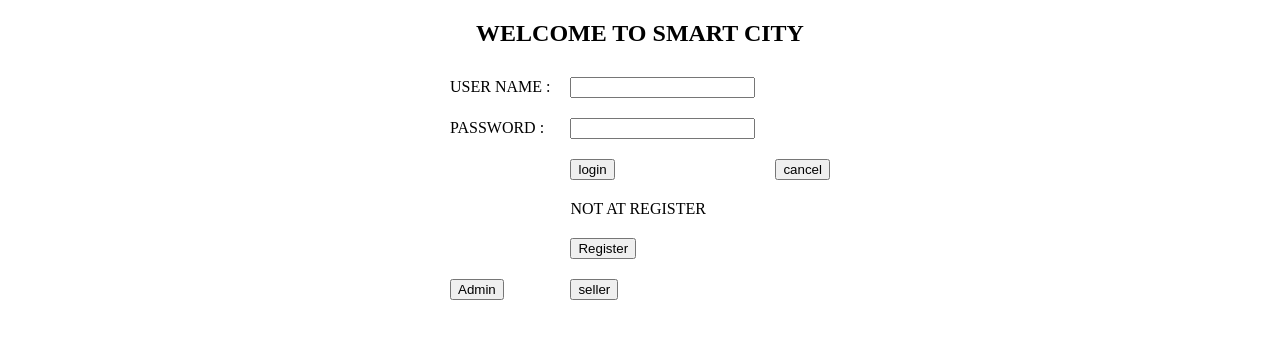
Repository: saik46573/sai
Page: http://localhost/Smart_city/Pilgrim.jsp
These files come from the project's save history. The page is drawn as it stood at one moment and after the next save; the edit follows.
The browser window is 1280 px wide. The pictures show the whole page.
The page is served by Tomcat 9. Other server files are loaded and not shown.

Above is the page before, as saved 2023-08-14 10:24:47.

### eclipse-workspace/Smart_city/src/main/webapp/Pilgrim.jsp
<%@ page language="java" contentType="text/html; charset=ISO-8859-1"
    pageEncoding="ISO-8859-1"%>
<!DOCTYPE html>
<html>
<head>
<meta charset="ISO-8859-1">
<title>Insert title here</title>
</head>
<body>
<h2 align="center">	WELCOME TO SMART CITY </h2>
<form action="loginuser" method="post">
	<table  align="center" cellpadding="10px" cellspacing="10px" style="border-collapse: collapse">
	<tr>
	<td>USER NAME :</td>

	<td> <input type= "text" name="username"></td>
	</tr>
	<tr>
	<td>PASSWORD :</td>
	<td> <input type= "text" name="password" ></td>
	</tr>
	<tr>
	<td></td>
	<td><input type="submit" value="login"></td>
	<td><a href="index.jsp"> <input type= "button" value="cancel"></a></td>
	</tr>
	<tr>
	<td></td>
	<td>  NOT AT REGISTER  </td>
	</tr>
	<tr>
	<td></td>
	<td><a href="Registration.jsp"><input type="button" value="Register"></a></td>
	</tr>
	<tr>
	<td><a href="AdminLogin.jsp"><input type="button" value="Admin"></a></td>
	<td><a href="SellerLogin.jsp"><input type= "button" value="seller"></a></td>
	</tr>
	</table>
</form>
</body>
</html>

After the next save:
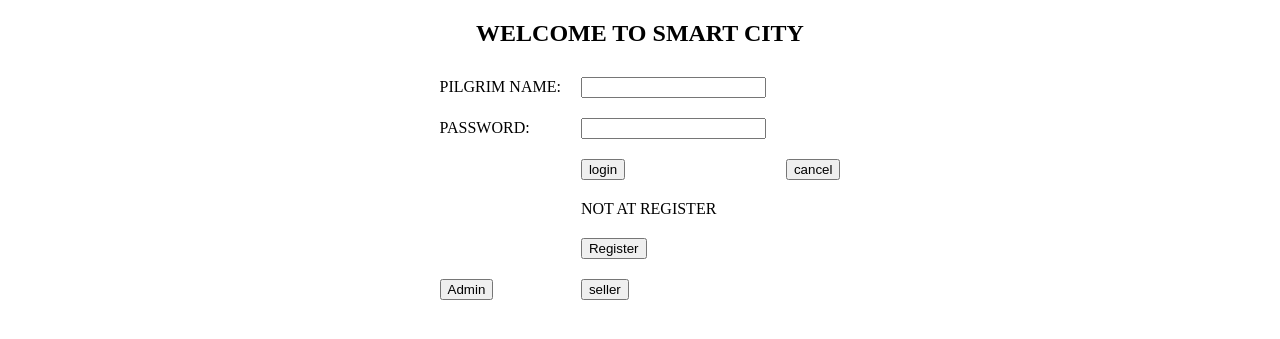
Saved 102 s later.
--- a/eclipse-workspace/Smart_city/src/main/webapp/Pilgrim.jsp
+++ b/eclipse-workspace/Smart_city/src/main/webapp/Pilgrim.jsp
@@ -11,12 +11,12 @@
 <form action="loginuser" method="post">
 	<table  align="center" cellpadding="10px" cellspacing="10px" style="border-collapse: collapse">
 	<tr>
-	<td>USER NAME :</td>
+	<td>PILGRIM NAME:</td>
 
-	<td> <input type= "text" name="username"></td>
+	<td> <input type= "text" name="pilgrimname"></td>
 	</tr>
 	<tr>
-	<td>PASSWORD :</td>
+	<td>PASSWORD:</td>
 	<td> <input type= "text" name="password" ></td>
 	</tr>
 	<tr>
